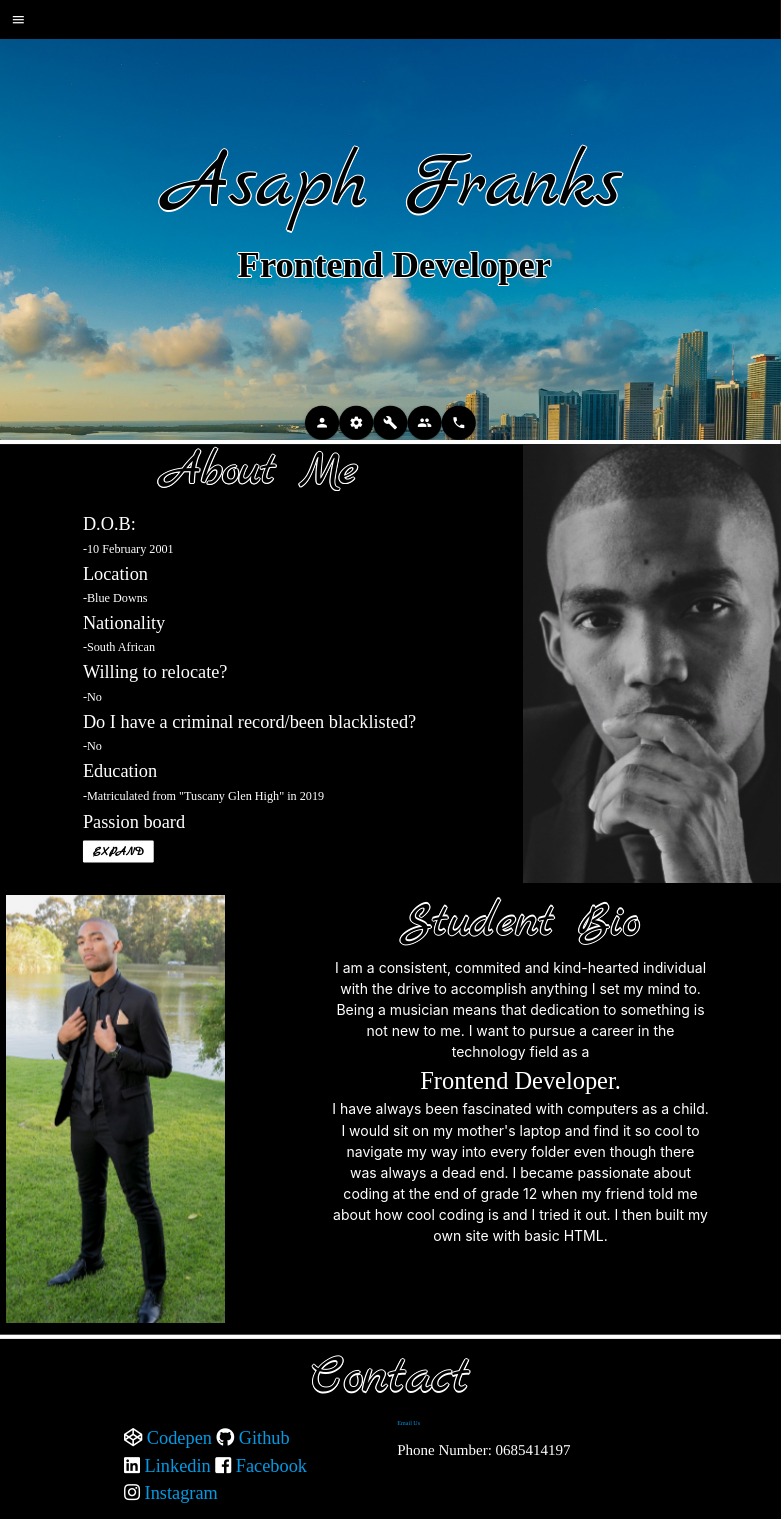
Repository: Ajtheult/portfolio.v3
Page: /portfolio-v3
An editor plug-in stored every save of this project. The page is shown before and after the next save, followed by the edit.
The browser window is 1280 px wide. The pictures show the whole page, at 61% of full size.
Some web fonts or font styles are not loaded; a fallback is used. The project was rebuilt for these pictures with package versions that can differ from the ones it lists, and the page was loaded fresh each time. Also part of the build but not shown: src/components/layout/pages/Skills.js, src/components/layout/pages/MyWork.js, src/components/layout/pages/Testimonials.js.

Above is the page before, as saved 2020-07-24 13:38:05.

After the next save:
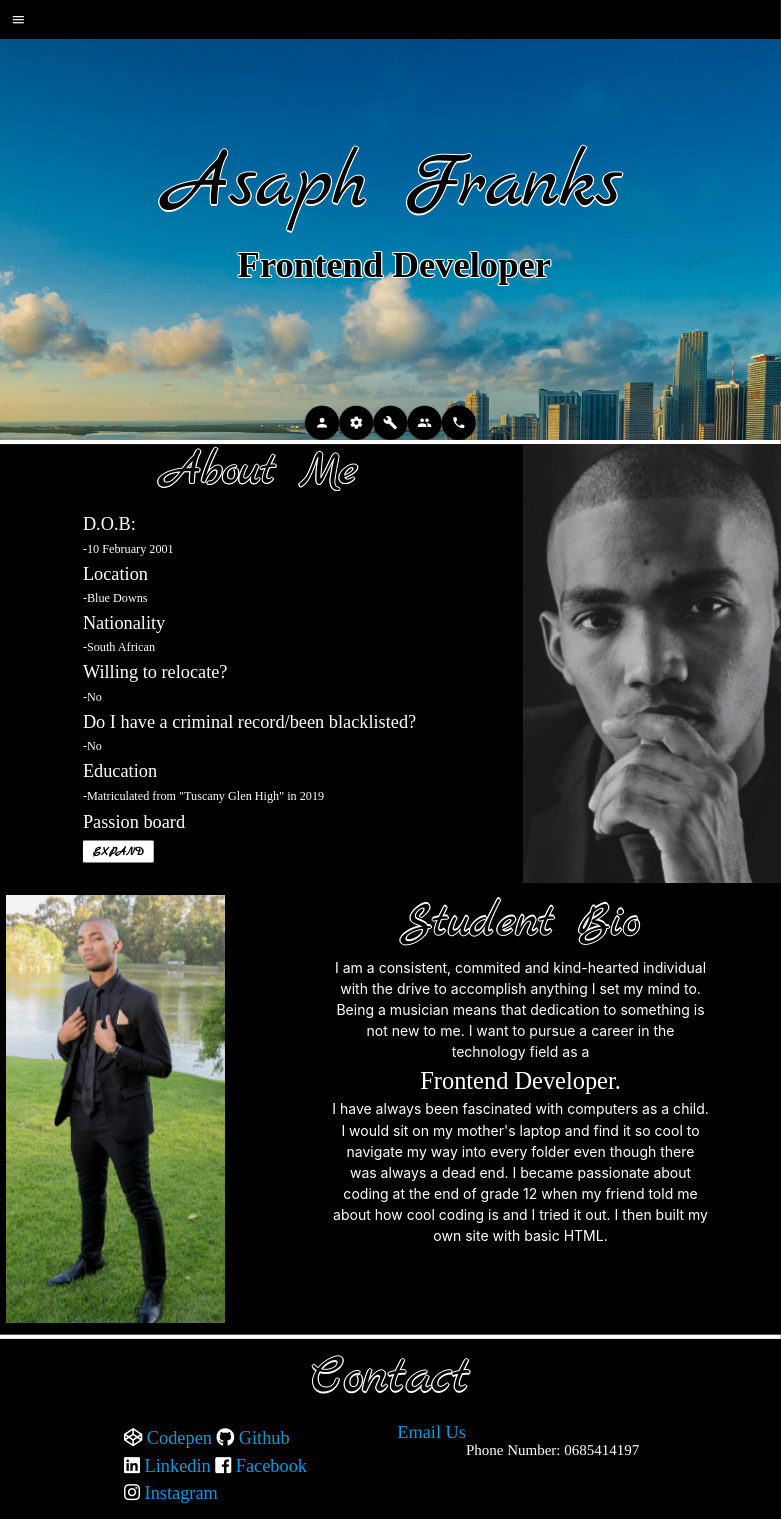
Saved 4 s later.
--- a/src/App.css
+++ b/src/App.css
@@ -332,5 +332,5 @@ div.admin-bg {
 }
 
 .size_of_email {
-  font-size: 10px;
-}
+  font-size: 30px;
+}
